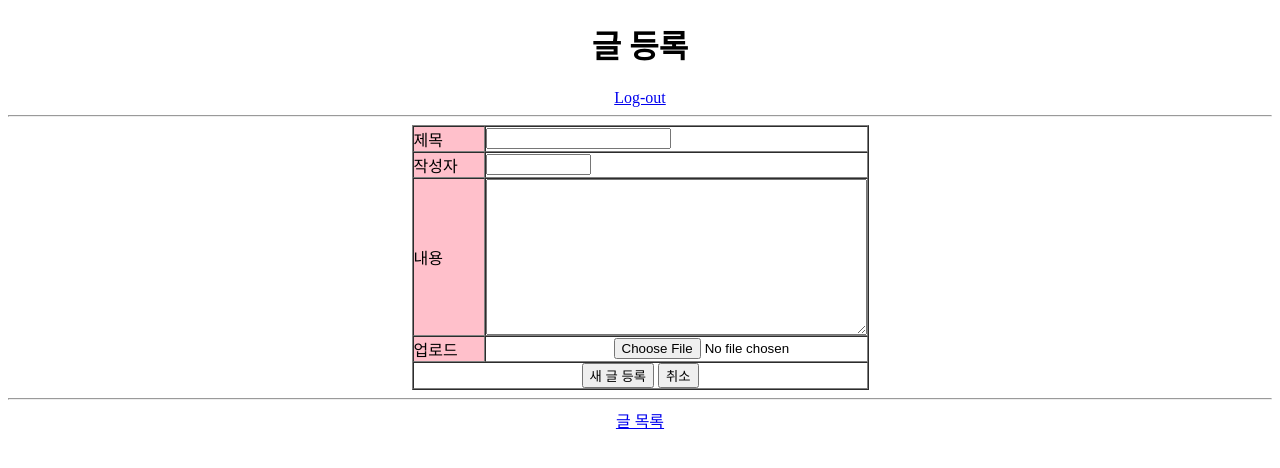
Repository: teeeeeeemo/workspace_spring
Page: http://localhost/BoardWeb/insertBoard.jsp
The author's editor kept a copy of each file at every save. The page is drawn from the files as they stood at one save, then again after the next save.
The browser window is 1280 px wide. The pictures show the whole page.
The page is served by Tomcat 9. Nobody is signed in. The application's start-up code is not run.

Above is the page before, as saved 2017-01-21 05:34:13.

After the next save:
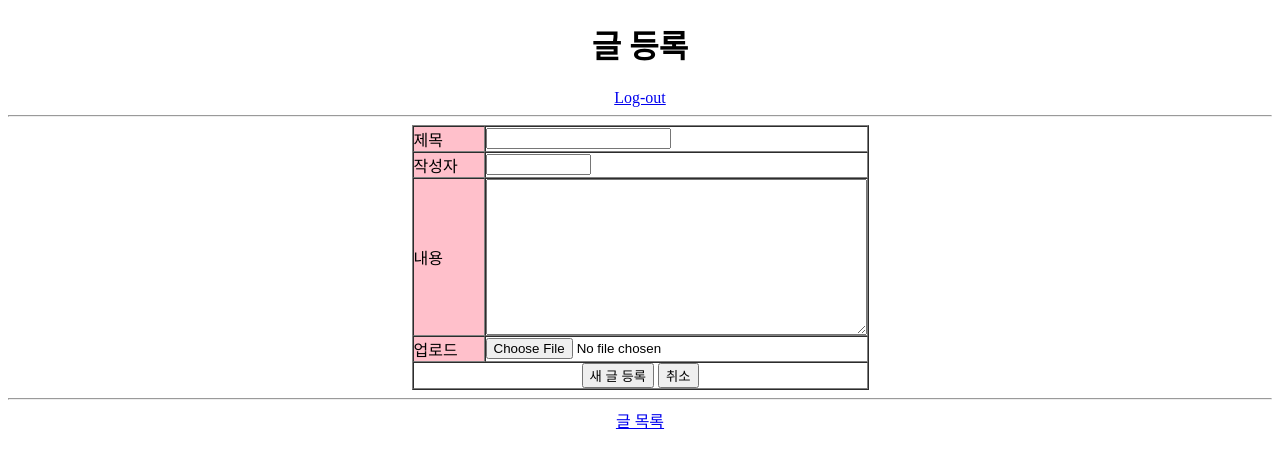
Saved 29 s later.
--- a/BoardWeb/src/main/webapp/insertBoard.jsp
+++ b/BoardWeb/src/main/webapp/insertBoard.jsp
@@ -27,7 +27,7 @@
 	</tr>
 	<tr>
 		<td bgcolor="pink" width="70">업로드</td>
-		<td align="right" width="200"><input type="file" name="uploadFile"/></td>
+		<td align="left"><input type="file" name="uploadFile"/></td>
 	</tr>
 	<tr>
 		<td colspan="2" align="center">
